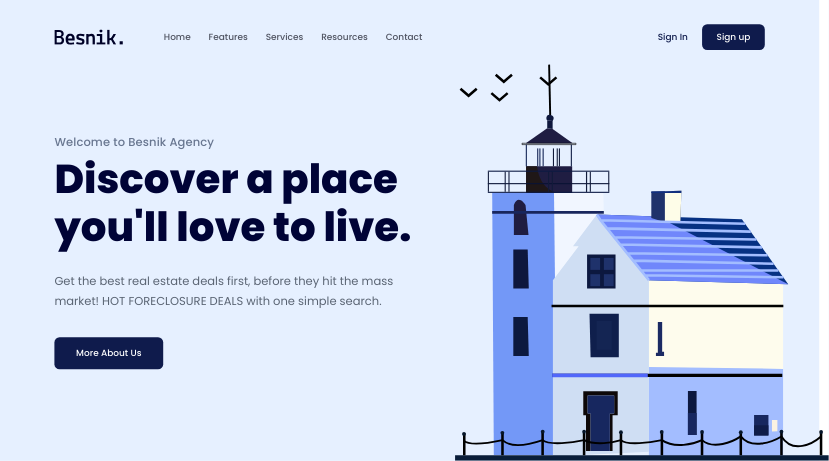
Repository: jessicapaa/F8-Project-01
Page: index.html
These files come from the project's save history. The page is drawn as it stood at one moment and after the next save; the edit follows.
The browser window is 1280 px wide. The page is 1295 px wide, so the pictures cover 1295 px, including what lies to the right of the window. The pictures show the whole page, at 64% of full size.

Above is the page before, as saved 2024-03-08 08:42:49.

### index.html
<!DOCTYPE html>
<html lang="en">

<head>
    <meta charset="UTF-8">
    <meta name="viewport" content="width=device-width, initial-scale=1.0">
    <title>F8-Project-01</title>
    <link rel="stylesheet" href="./assets/css/reset.css">
    <link rel="stylesheet" href="./assets/fonts/stylesheet.css">
    <link rel="stylesheet" href="./assets/css/styles.css">
</head>

<body>
    <!-- main -->
    <main>

        <!-- header -->
        <header class="header">
            <div class="content">
                <nav class="navbar">
                    <!-- logo -->
                    <img src="./assets/img/logo.svg" alt="Besnik.">

                    <!-- navigation -->
                    <ul>
                        <li><a href="#!">Home</a></li>
                        <li><a href="#!">Features</a></li>
                        <li><a href="#!">Services</a></li>
                        <li><a href="#!">Resources</a></li>
                        <li><a href="#!">Contact</a></li>
                    </ul>

                    <!-- Action -->
                    <div class="actions">
                        <a href="#!" class="action-link">Sign In</a>
                        <a href="#!" class="btn action-btn">Sign up</a>
                    </div>
                </nav>
                <div class="hero">
                    <!-- info  -->
                    <div class="info">
                        <p class="sub-title">Welcome to Besnik Agency</p>
                        <h1 class="title">
                            Discover a place you'll love to live.
                        </h1>
                        <p class="desc">Get the best real estate deals first,
                            before they hit the mass market! HOT FORECLOSURE DEALS with one simple search.</p>
                        <a href="#!" class="btn hero-btn">More About Us</a>
                    </div>

                    <!-- img  -->
                    <img src="./assets/img/hero-img.svg" class="hero-img" alt="Discover a place you'll love to live.">
                </div>
            </div>

        </header>
    </main>
</body>

</html>

### assets/fonts/stylesheet.css
@font-face {
    font-family: "Poppins";
    src: url("Poppins/Poppins-BlackItalic.woff2") format("woff2"),
        url("Poppins/Poppins-BlackItalic.woff") format("woff");
    font-weight: 900;
    font-style: italic;
    font-display: swap;
}

@font-face {
    font-family: "Poppins";
    src: url("Poppins/Poppins-Black.woff2") format("woff2"),
        url("Poppins/Poppins-Black.woff") format("woff");
    font-weight: 900;
    font-style: normal;
    font-display: swap;
}

@font-face {
    font-family: "Poppins";
    src: url("Poppins/Poppins-BoldItalic.woff2") format("woff2"),
        url("Poppins/Poppins-BoldItalic.woff") format("woff");
    font-weight: bold;
    font-style: italic;
    font-display: swap;
}

@font-face {
    font-family: "Poppins";
    src: url("Poppins/Poppins-ExtraBold.woff2") format("woff2"),
        url("Poppins/Poppins-ExtraBold.woff") format("woff");
    font-weight: bold;
    font-style: normal;
    font-display: swap;
}

@font-face {
    font-family: "Poppins";
    src: url("Poppins/Poppins-ExtraBoldItalic.woff2") format("woff2"),
        url("Poppins/Poppins-ExtraBoldItalic.woff") format("woff");
    font-weight: bold;
    font-style: italic;
    font-display: swap;
}

@font-face {
    font-family: "Poppins";
    src: url("Poppins/Poppins-ExtraLight.woff2") format("woff2"),
        url("Poppins/Poppins-ExtraLight.woff") format("woff");
    font-weight: 200;
    font-style: normal;
    font-display: swap;
}

@font-face {
    font-family: "Poppins";
    src: url("Poppins/Poppins-ExtraLightItalic.woff2") format("woff2"),
        url("Poppins/Poppins-ExtraLightItalic.woff") format("woff");
    font-weight: 200;
    font-style: italic;
    font-display: swap;
}

@font-face {
    font-family: "Poppins";
    src: url("Poppins/Poppins-Light.woff2") format("woff2"),
        url("Poppins/Poppins-Light.woff") format("woff");
    font-weight: 300;
    font-style: normal;
    font-display: swap;
}

@font-face {
    font-family: "Poppins";
    src: url("Poppins/Poppins-Italic.woff2") format("woff2"),
        url("Poppins/Poppins-Italic.woff") format("woff");
    font-weight: normal;
    font-style: italic;
    font-display: swap;
}

@font-face {
    font-family: "Poppins";
    src: url("Poppins/Poppins-Medium.woff2") format("woff2"),
        url("Poppins/Poppins-Medium.woff") format("woff");
    font-weight: 500;
    font-style: normal;
    font-display: swap;
}

@font-face {
    font-family: "Poppins";
    src: url("Poppins/Poppins-MediumItalic.woff2") format("woff2"),
        url("Poppins/Poppins-MediumItalic.woff") format("woff");
    font-weight: 500;
    font-style: italic;
    font-display: swap;
}

@font-face {
    font-family: "Poppins";
    src: url("Poppins/Poppins-LightItalic.woff2") format("woff2"),
        url("Poppins/Poppins-LightItalic.woff") format("woff");
    font-weight: 300;
    font-style: italic;
    font-display: swap;
}

@font-face {
    font-family: "Poppins";
    src: url("Poppins/Poppins-Regular.woff2") format("woff2"),
        url("Poppins/Poppins-Regular.woff") format("woff");
    font-weight: normal;
    font-style: normal;
    font-display: swap;
}

@font-face {
    font-family: "Poppins";
    src: url("Poppins/Poppins-SemiBold.woff2") format("woff2"),
        url("Poppins/Poppins-SemiBold.woff") format("woff");
    font-weight: 600;
    font-style: normal;
    font-display: swap;
}

@font-face {
    font-family: "Poppins";
    src: url("Poppins/Poppins-SemiBoldItalic.woff2") format("woff2"),
        url("Poppins/Poppins-SemiBoldItalic.woff") format("woff");
    font-weight: 600;
    font-style: italic;
    font-display: swap;
}

@font-face {
    font-family: "Poppins";
    src: url("Poppins/Poppins-Thin.woff2") format("woff2"),
        url("Poppins/Poppins-Thin.woff") format("woff");
    font-weight: 100;
    font-style: normal;
    font-display: swap;
}

@font-face {
    font-family: "Poppins";
    src: url("Poppins/Poppins-ThinItalic.woff2") format("woff2"),
        url("Poppins/Poppins-ThinItalic.woff") format("woff");
    font-weight: 100;
    font-style: italic;
    font-display: swap;
}

### assets/css/styles.css
* {
    box-sizing: border-box;
}
html {
    font-size: 62.5%;
}
:root {
    --primary-color: #0f1b4c;
}
body {
    font-size: 1.6rem;
    /* font-family: ; */
    font-family: "Poppins";
}
/* common */
.content {
    width: 1110px;
    max-width: calc(100% - 48px);
    margin-left: auto;
    margin-right: auto;
}

a {
    text-decoration: none;
}

.btn {
    display: inline-block;
    min-width: 98px;
    background: var(--primary-color);
    border-radius: 8px;
    font-size: 1.4rem;
    font-weight: 500;
    text-align: center;
    color: #fff;
    padding: 18px 16px;
}
.btn:hover {
    opacity: 0.9;
}

/* css header */
.header {
    height: 100vh;
    background: #e6f0ff;
    position: relative;
}

.navbar {
    display: flex;
    align-items: center;
    padding-top: 38px;
}

.navbar ul {
    display: flex;
    margin-left: 50px;
}

.navbar .actions {
    margin-left: auto;
}

.navbar ul a {
    font-weight: 500;
    font-size: 1.4rem;
    color: #4f5361;
    padding: 8px 14px;
}

.navbar .action-link {
    font-weight: 500;
    font-size: 1.4rem;
    color: var(--primary-color);
}

.navbar .action-btn {
    padding: 13px 16px;
    margin-left: 18px;
}

/* css hero */

.hero {
    margin-top: 130px;
}
.hero .info {
    width: 51%;
}

.hero .sub-title {
    color: #687690;
    font-size: 1.8rem;
    font-weight: 500;
    line-height: 1.5;
    letter-spacing: 0.018rem;
}

.hero .title {
    margin-top: 8px;
    font-weight: 700;
    font-size: 6.3rem;
    line-height: 1.19; /* 118.75% */
    color: #000336;
}

.hero .desc {
    margin-top: 30px;
    color: #5a6473;
    font-size: 1.8rem;
    font-weight: 400;
    line-height: 3.2rem; /* 177.778% */
    transform: capitalize;
}
.hero-btn {
    margin-top: 40px;
    min-width: 17rem;
    text-align: center;
}
.hero-img {
    position: absolute;
    right: calc((100vw - 1110px) / 2 - 100px);
    bottom: 0;
}

Loaded but not shown: assets/css/reset.css (common file)

After the next save:
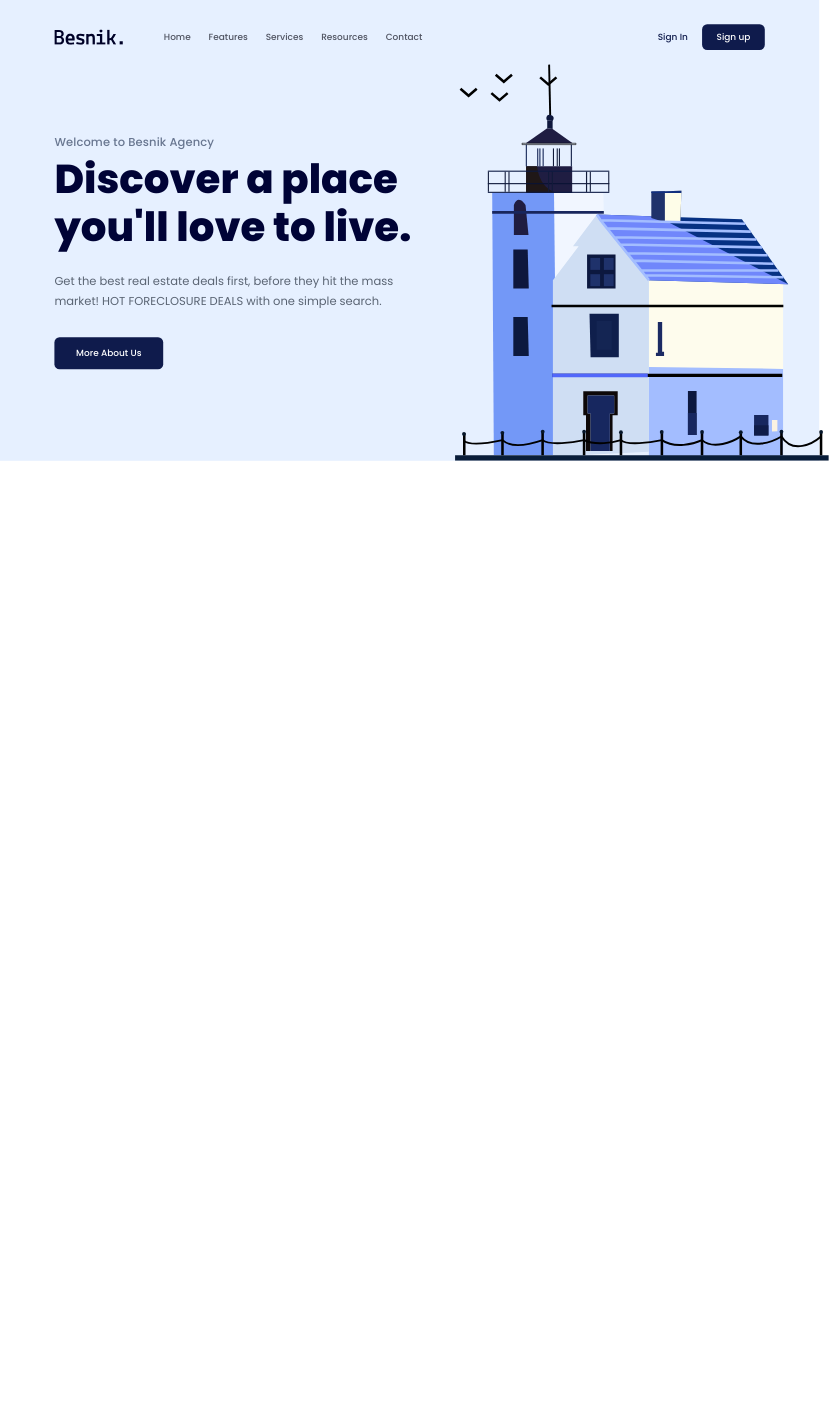
Saved 22 min 38 s later.
--- a/index.html
+++ b/index.html
@@ -12,7 +12,7 @@
 
 <body>
     <!-- main -->
-    <main>
+    <main style="height: 2200px;">
 
         <!-- header -->
         <header class="header">
